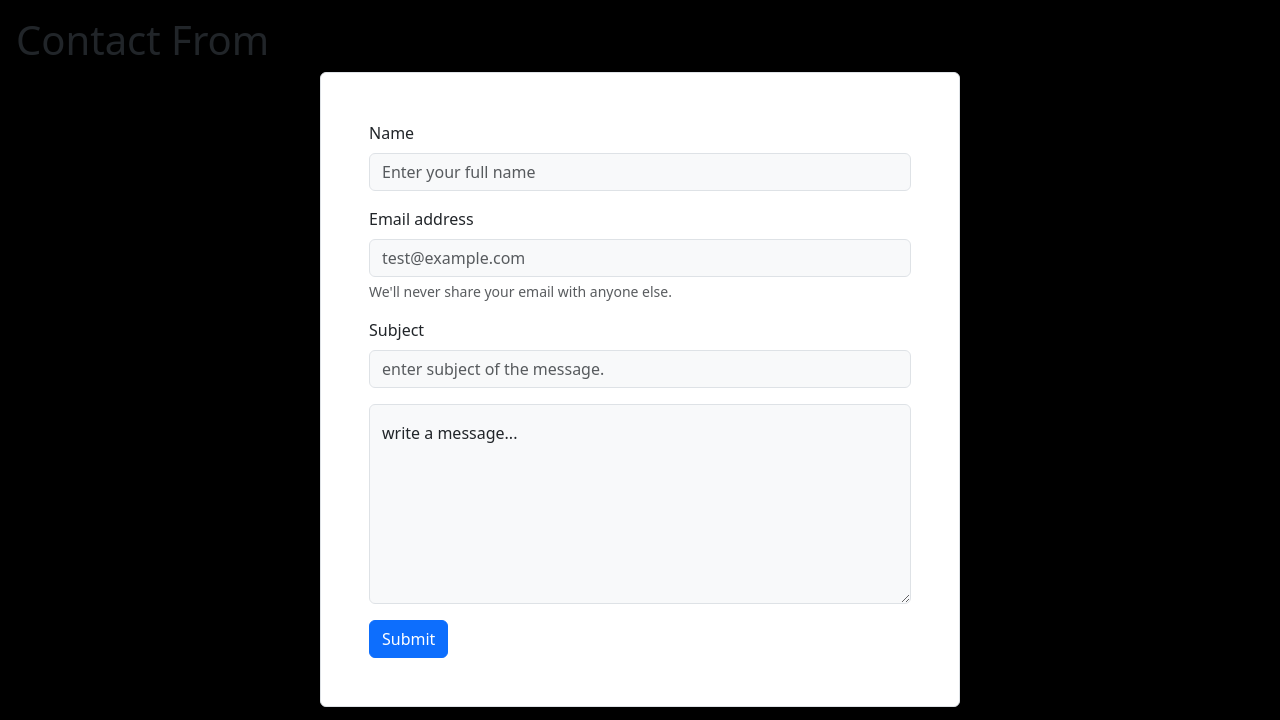
Repository: syni18/bootstrap_form
Page: index.html
The author's editor kept a copy of each file at every save. The page is drawn from the files as they stood at one save, then again after the next save.
The browser window is 1280 px wide. The pictures show the whole page.

Above is the page before, as saved 2023-10-26 15:43:36.

### index.html
<!DOCTYPE html>
<html lang="en">
<head>
    <meta charset="UTF-8">
    <meta name="viewport" content="width=device-width, initial-scale=1.0">
    <link href="https://cdn.jsdelivr.net/npm/bootstrap@5.3.2/dist/css/bootstrap.min.css" rel="stylesheet" integrity="sha384-T3c6CoIi6uLrA9TneNEoa7RxnatzjcDSCmG1MXxSR1GAsXEV/Dwwykc2MPK8M2HN" crossorigin="anonymous">
    <title>Contact From</title>
</head>
<body class="bg-black">
    <h1 class="display-6 ms-3 mt-3">Contact From</h1>
    <form class="container w-50 border p-5 rounded bg-white">
  <div class="mb-3">
    <label for="exampleInputName1" class="form-label">Name</label>
    <input type="name" class="form-control bg-body-tertiary
" id="exampleInputName1" aria-describedby="NameHelp" placeholder="Enter your full name">
  </div>
  <div class="mb-3">
    <label for="exampleInputEmail1" class="form-label">Email address</label>
    <input type="email" class="form-control bg-body-tertiary" id="exampleInputEmail1" aria-describedby="emailHelp" placeholder="test@example.com">
    <div id="emailHelp" class="form-text">We'll never share your email with anyone else.</div>
  </div>
  <div class="mb-3">
    <label for="exampleInputSubject1" class="form-label">Subject</label>
    <input type="text" class="form-control bg-body-tertiary" id="exampleInputsubject1" aria-describedby="subjectHelp" placeholder="enter subject of the message.">
  </div>
  <div class="form-floating">
  <textarea class="form-control bg-body-tertiary" placeholder="Leave a comment here" id="floatingTextarea2" style="height: 200px"></textarea>
  <label for="floatingTextarea2">write a message...</label>
</div>

  <button type="submit" class="btn btn-primary mt-3">Submit</button>
</form>
    <script src="https://cdn.jsdelivr.net/npm/bootstrap@5.3.2/dist/js/bootstrap.bundle.min.js" integrity="sha384-C6RzsynM9kWDrMNeT87bh95OGNyZPhcTNXj1NW7RuBCsyN/o0jlpcV8Qyq46cDfL" crossorigin="anonymous"></script>
</body>
</html>

After the next save:
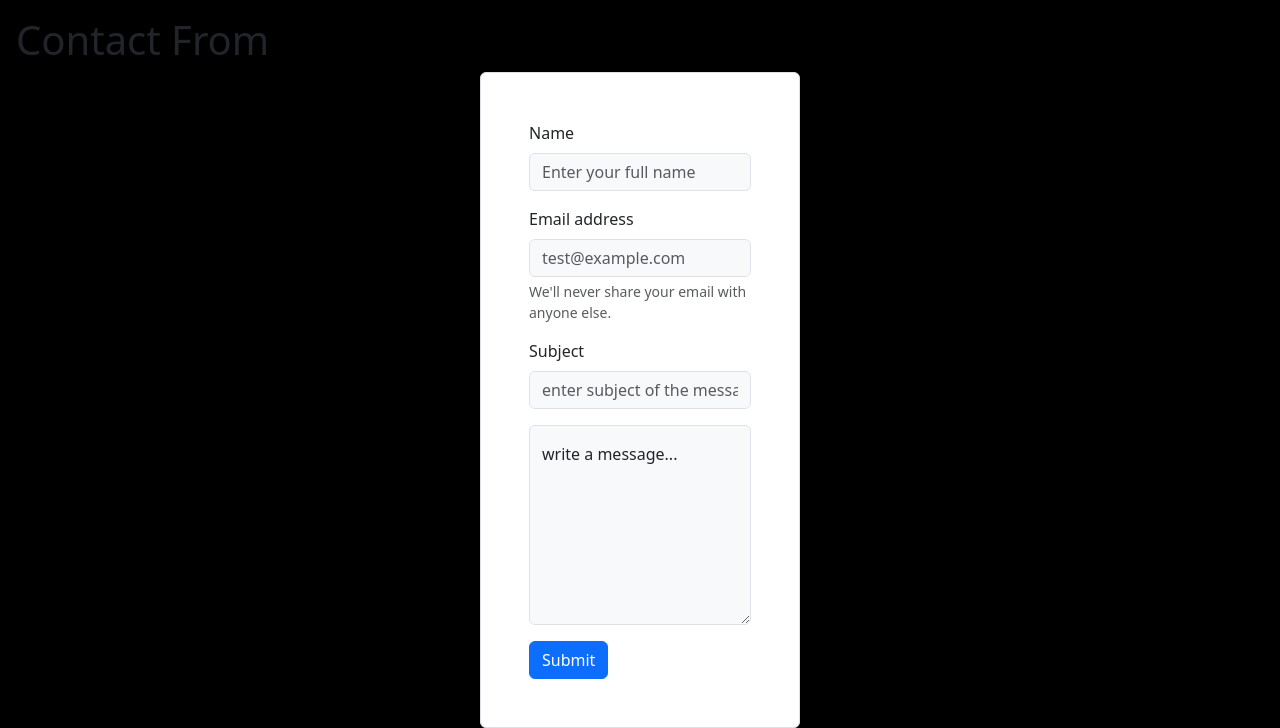
Saved 17 s later.
--- a/index.html
+++ b/index.html
@@ -8,7 +8,7 @@
 </head>
 <body class="bg-black">
     <h1 class="display-6 ms-3 mt-3">Contact From</h1>
-    <form class="container w-50 border p-5 rounded bg-white">
+    <form class="container w-25 border p-5 rounded bg-white">
   <div class="mb-3">
     <label for="exampleInputName1" class="form-label">Name</label>
     <input type="name" class="form-control bg-body-tertiary

After the save that followed:
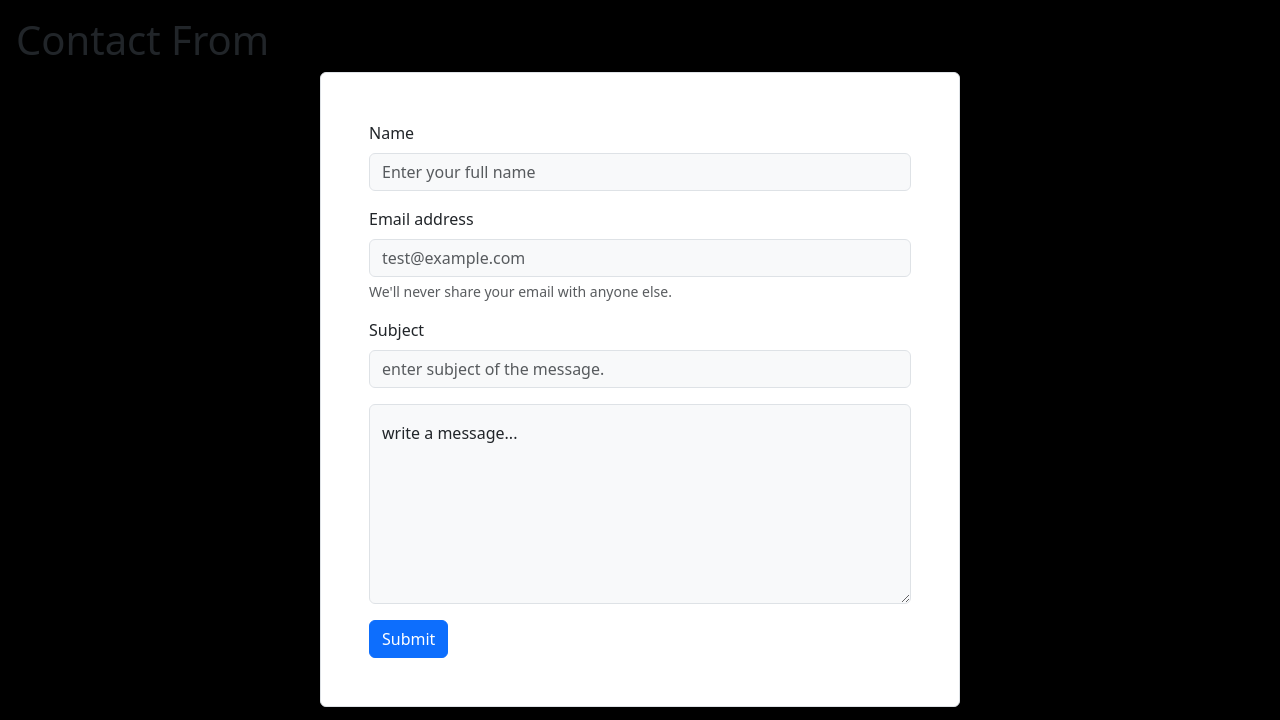
Saved 5 s later.
--- a/index.html
+++ b/index.html
@@ -8,7 +8,7 @@
 </head>
 <body class="bg-black">
     <h1 class="display-6 ms-3 mt-3">Contact From</h1>
-    <form class="container w-25 border p-5 rounded bg-white">
+    <form class="container w-50 border p-5 rounded bg-white">
   <div class="mb-3">
     <label for="exampleInputName1" class="form-label">Name</label>
     <input type="name" class="form-control bg-body-tertiary
